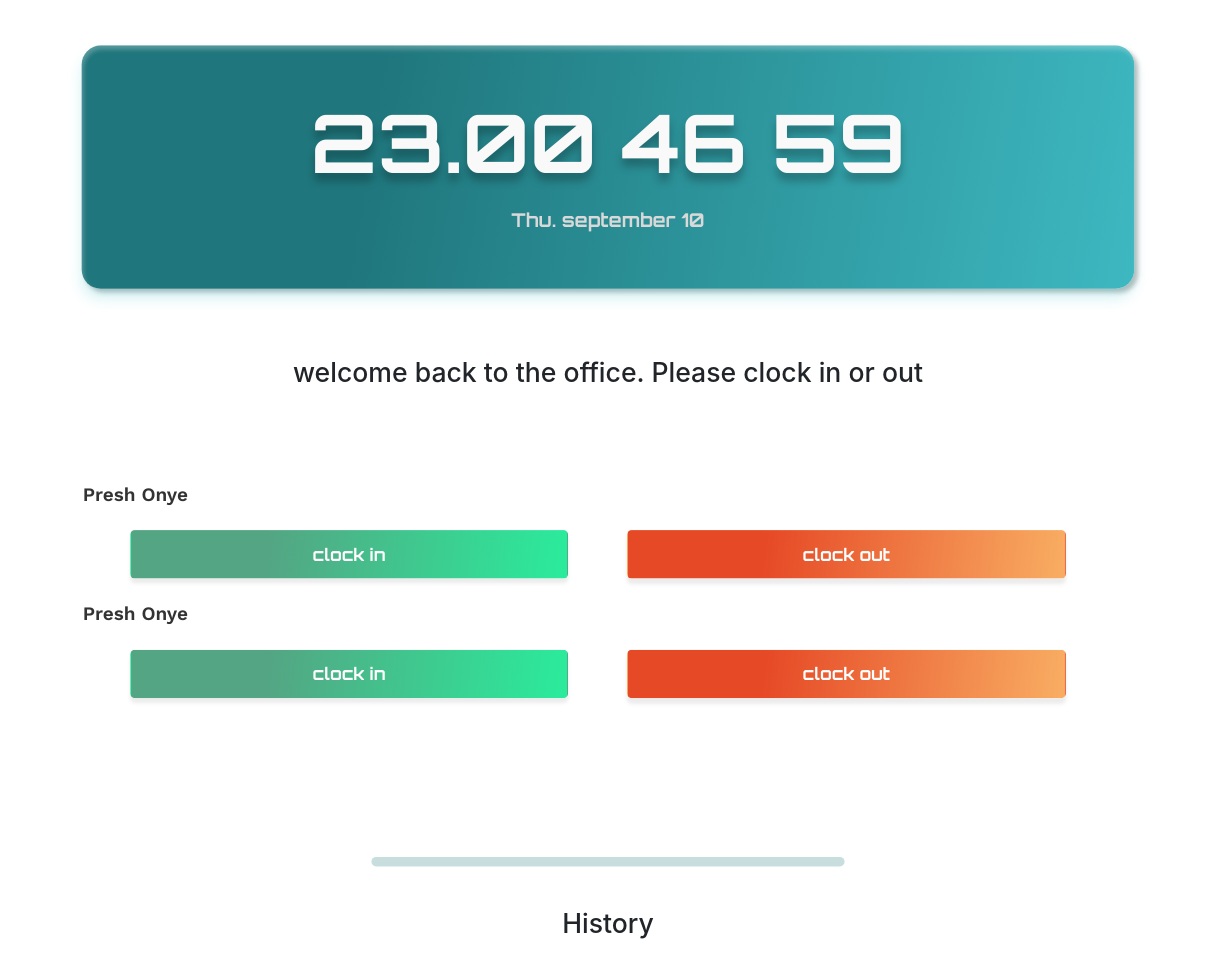
Repository: giprim/clocker
Page: /
The author's editor kept a copy of each file at every save. The page is drawn from the files as they stood at one save, then again after the next save.
The browser window is 1280 px wide. The pictures show the whole page, at 95% of full size.
The project was rebuilt for these pictures with package versions that can differ from the ones it lists, and the page was loaded fresh each time.

Above is the page before, as saved 2020-09-11 00:05:48.

After the next save:
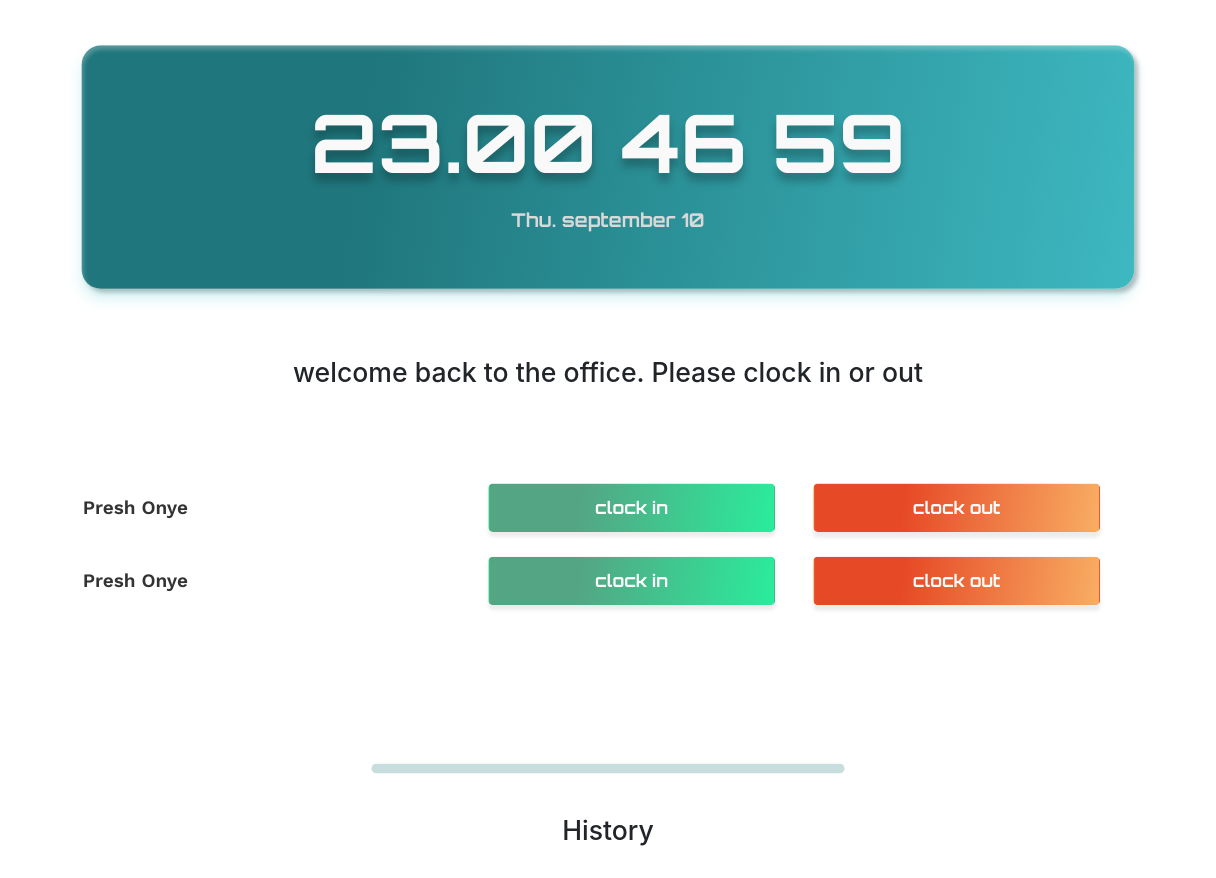
Saved 15 s later.
--- a/src/App.css
+++ b/src/App.css
@@ -96,8 +96,6 @@ hr {
   font-weight: 600;
   font-size: 20px;
   line-height: 23px;
-  display: flex;
-  align-items: center;
 
   color: #333333;
 }
